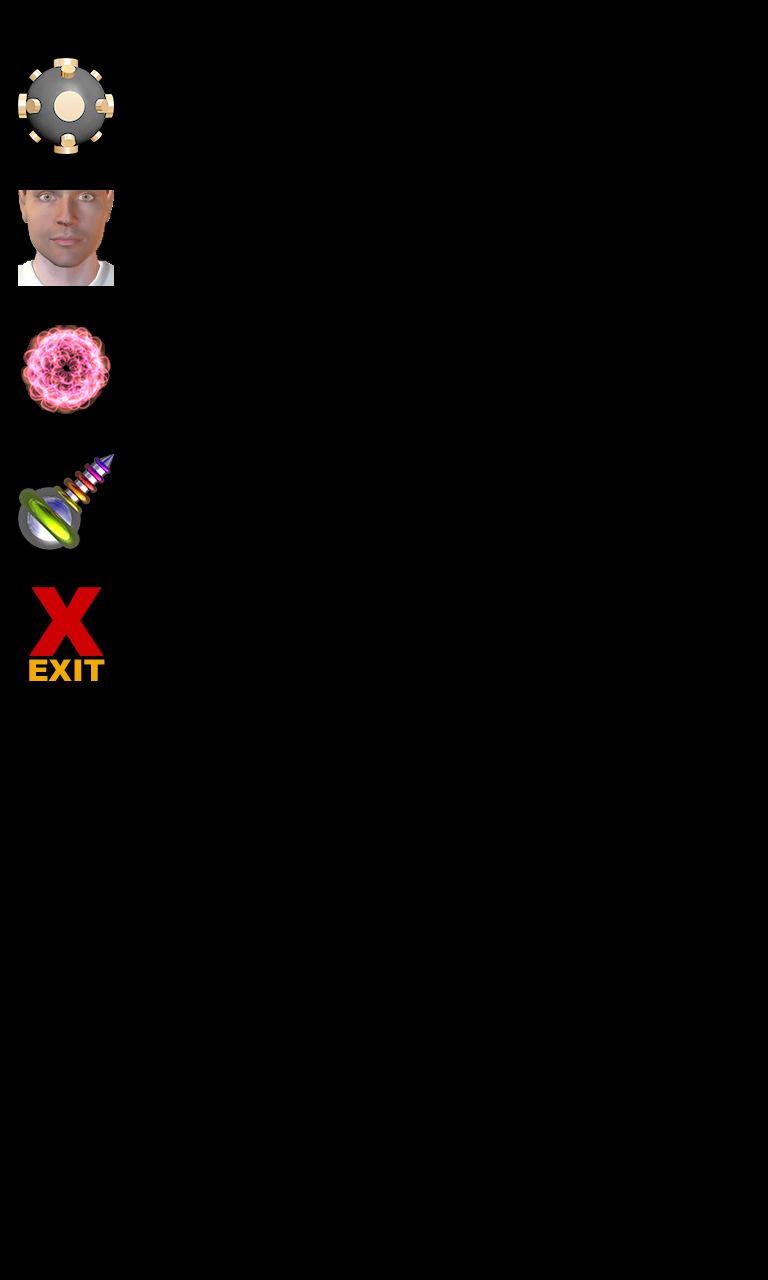
Repository: TimGirouard/tim-hobby-bucket
Layout: Android_Work/workspace/Hello_World/res/layout/activity_attack.xml
The author's editor kept a copy of each file at every save. The layout is drawn from the files as they stood at one save, then again after the next save.
It is drawn on a 768 x 1280 px phone screen (xhdpi) without system bars, with theme AppTheme; the app's code is not run.

Above is the layout before, as saved 2014-01-18 16:35:57.

### Android_Work/workspace/Hello_World/res/layout/activity_attack.xml
<?xml version="1.0" encoding="utf-8"?>
<LinearLayout xmlns:android="http://schemas.android.com/apk/res/android"
    android:layout_width="match_parent"
    android:layout_height="match_parent"
    android:orientation="horizontal"
    android:background="#000000" >

    <LinearLayout
        android:layout_width="match_parent"
	    android:layout_height="match_parent"
	    android:orientation="vertical"
	    android:layout_marginTop="20dp" >
    <ImageButton
        android:id="@+id/bombButton"
        android:background="#00000000"
        android:layout_width="wrap_content"
        android:layout_height="wrap_content"
        android:contentDescription="@string/content_desc_bomb"
        android:layout_margin="9dp"
        android:src="@drawable/attackbomb"
        android:soundEffectsEnabled="true" />
    <ImageButton
        android:id="@+id/invadeButton"
        android:background="#00000000"
        android:layout_width="wrap_content"
        android:layout_height="wrap_content"
        android:contentDescription="@string/content_desc_invade"
        android:layout_margin="9dp"
        android:src="@drawable/attackinvade"
        android:soundEffectsEnabled="true" />
    <ImageButton
        android:id="@+id/infectButton"
        android:background="#00000000"
		android:layout_width="wrap_content"
        android:layout_height="wrap_content"
        android:contentDescription="@string/content_desc_virus"
        android:layout_margin="9dp"
        android:src="@drawable/attackvirus"
        android:soundEffectsEnabled="true" />
    <ImageButton
        android:id="@+id/laserButton"
        android:background="#00000000"
		android:layout_width="wrap_content"
        android:layout_height="wrap_content"
        android:contentDescription="@string/content_desc_laser"
        android:layout_margin="9dp"
        android:src="@drawable/attacklaser"
        android:soundEffectsEnabled="true" />
    <ImageButton
        android:id="@+id/exitButton"
        android:background="#00000000"
		android:layout_width="wrap_content"
        android:layout_height="wrap_content"
        android:contentDescription="@string/content_desc_exit"
        android:layout_margin="9dp"
        android:src="@drawable/attackexit"
        android:soundEffectsEnabled="true" />
    </LinearLayout>
    <LinearLayout
        android:layout_width="match_parent"
	    android:layout_height="match_parent"
	    android:orientation="vertical" >
    <TextView
        android:textColor="#FFFFFF"
        android:textSize="18sp"
        android:layout_width="wrap_content"
        android:layout_height="wrap_content"
        android:text="@string/attack_planet_caption" />

    <TextView
        android:textColor="#FFFFBB"
        android:textSize="25sp"
        android:layout_marginTop="18dp"
        android:layout_width="wrap_content"
        android:layout_height="wrap_content"
        android:layout_marginLeft="8dp"
        android:text="@string/attack_planet_bomb" />

    <TextView
        android:textColor="#FFDDBB"
        android:textSize="25sp"
        android:layout_marginTop="36dp"
        android:layout_width="wrap_content"
        android:layout_height="wrap_content"
        android:layout_marginLeft="8dp"
        android:text="@string/attack_planet_invade" />

    <TextView
        android:textColor="#FFBBBB"
        android:textSize="25sp"
        android:layout_marginTop="40dp"
        android:layout_width="wrap_content"
        android:layout_height="wrap_content"
        android:layout_marginLeft="8dp"
        android:text="@string/attack_planet_infect" />

    <TextView
        android:textColor="#DDBBFF"
        android:textSize="25sp"
        android:layout_marginTop="40dp"
        android:layout_width="wrap_content"
        android:layout_height="wrap_content"
        android:layout_marginLeft="8dp"
        android:text="@string/attack_planet_laser" />

    <TextView
        android:textColor="#BBBBFF"
        android:textSize="25sp"
        android:layout_marginTop="36dp"
        android:layout_width="wrap_content"
        android:layout_height="wrap_content"
        android:layout_marginLeft="8dp"
        android:text="@string/attack_planet_exit" />
    </LinearLayout>
</LinearLayout>

### Android_Work/workspace/Hello_World/res/values/strings.xml
<?xml version="1.0" encoding="utf-8"?>
<resources>

    <string name="app_name">Hello_World</string>
    <string name="hello_world">Hello world!</string>
    <string name="add_planet_caption">Click Planet to Add</string>
    <string name="planet_name_label">Planet Name: </string>
	<string name="planet_mass_label">Planet Mass: </string>
	<string name="planet_gravity_label">Planet Gravity: </string>
	<string name="planet_colonies_label">Planet Colonies: </string>
	<string name="planet_population_label">Planet Population: </string>
	<string name="planet_military_label">Planet Military: </string>
	<string name="planet_bases_label">Planet Bases: </string>
	<string name="planet_forcefield_label">Planet Forcefield: </string>
    <string name="menu_add_planet">Add a New Planet</string>
    <string name="menu_config_planet">Configure Planet</string>
    <string name="menu_travel_planet">Travel to Planet</string>
    <string name="menu_attack_planet">Attack on Planet</string>
    <string name="menu_home_planet">Show Home Planet</string>
	<string name="content_desc_earth">Planet Earth</string>
	<string name="content_desc_mars">Planet Mars</string>
	<string name="content_desc_venus">Planet Venus</string>
	<string name="content_desc_jupiter">Planet Jupiter</string>
	<string name="content_desc_saturn">Planet Saturn</string>
	<string name="content_desc_neptune">Planet Neptune</string>
	<string name="button_name_colonies">Add Colonies</string>
	<string name="button_name_colonists">Add Colonists</string>
	<string name="button_name_bases">Add Bases</string>
	<string name="button_name_military">Add Military</string>
	<string name="button_name_ffon">Forcefield On</string>
	<string name="button_name_ffoff">Forcefield Off</string>
	<string name="button_name_done">Done Configuring</string>
	<string name="button_name_done_add">All Done!</string>
	<string name="content_desc_bomb">Bomb the Planet</string>
	<string name="content_desc_invade">Invade the Planet</string>
	<string name="content_desc_virus">Infect Planet with Virus</string>
	<string name="content_desc_laser">Fire Laser at Planet</string>
	<string name="content_desc_exit">Exit to Home Planet</string>
	<string name="attack_planet_caption">Select Attack Type Using Icon</string>
	<string name="attack_planet_bomb">Bomb a Planet</string>
	<string name="attack_planet_invade">Invade a Planet</string>
	<string name="attack_planet_infect">Infect a Planet</string>
	<string name="attack_planet_laser">Shoot a Laser</string>
	<string name="attack_planet_exit">Exit Attack Mode</string>


	<string name="button_name_return">Return Home</string>
</resources>

Loaded but not shown: Android_Work/workspace/Hello_World/res/values/styles.xml (common file); Android_Work/workspace/Hello_World/res/values-v11/styles.xml (common file); Android_Work/workspace/Hello_World/res/values-v14/styles.xml (common file)

After the next save:
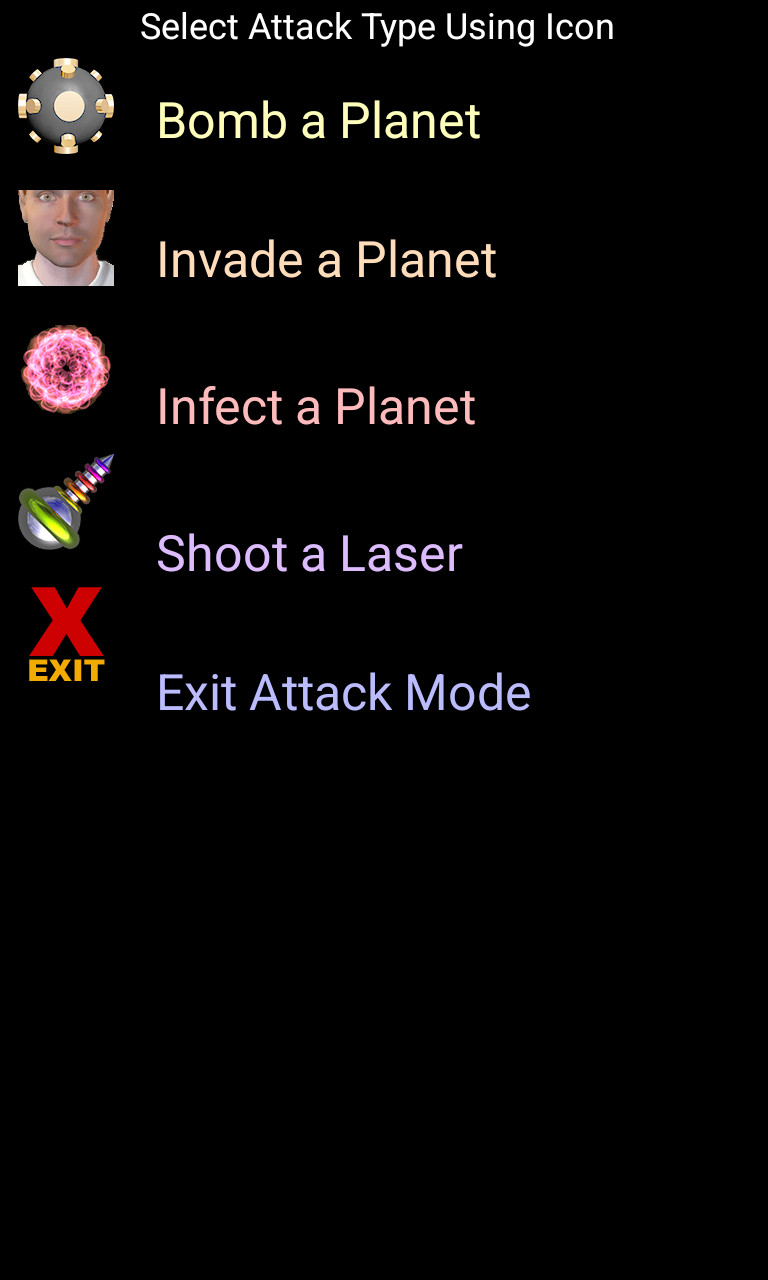
Saved 41 s later.
--- a/Android_Work/workspace/Hello_World/res/layout/activity_attack.xml
+++ b/Android_Work/workspace/Hello_World/res/layout/activity_attack.xml
@@ -6,7 +6,7 @@
     android:background="#000000" >
 
     <LinearLayout
-        android:layout_width="match_parent"
+        android:layout_width="70dp"
 	    android:layout_height="match_parent"
 	    android:orientation="vertical"
 	    android:layout_marginTop="20dp" >
